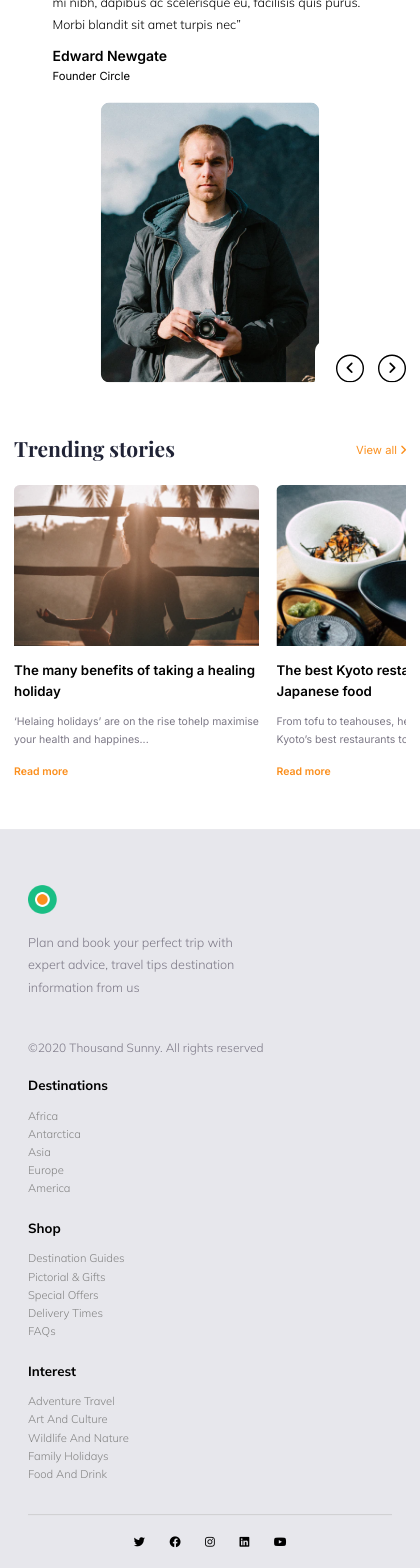
Repository: tranvinhluan/Explore---Travel
Page: index.html
An editor plug-in stored every save of this project. The page is shown before and after the next save, followed by the edit.
The browser window is 600 px wide. The pictures show the part of the page from y = 3689 to 5929 px (the page is 5929 px tall before and 5899 px after), at 70% of full size.
The style sheet was rebuilt from its Sass, Less or Tailwind sources for each picture, by a compiler version that may differ from the author's.

Above is the page before, as saved 2022-01-21 09:46:06.

After the next save:
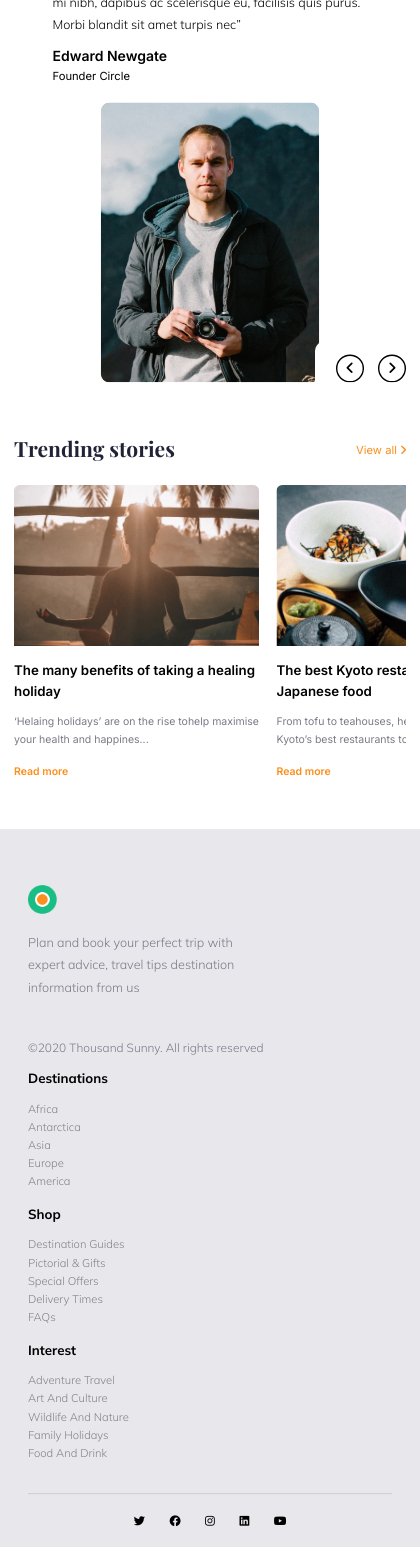
Saved 5 s later.
--- a/sass/_footer.scss
+++ b/sass/_footer.scss
@@ -62,7 +62,7 @@
       &-top {
         display: grid;
         grid-template-columns: none;
-        grid-gap: 30px 40px;
+        grid-gap: 20px 40px;
         padding-bottom: 40px;
       }
     }
